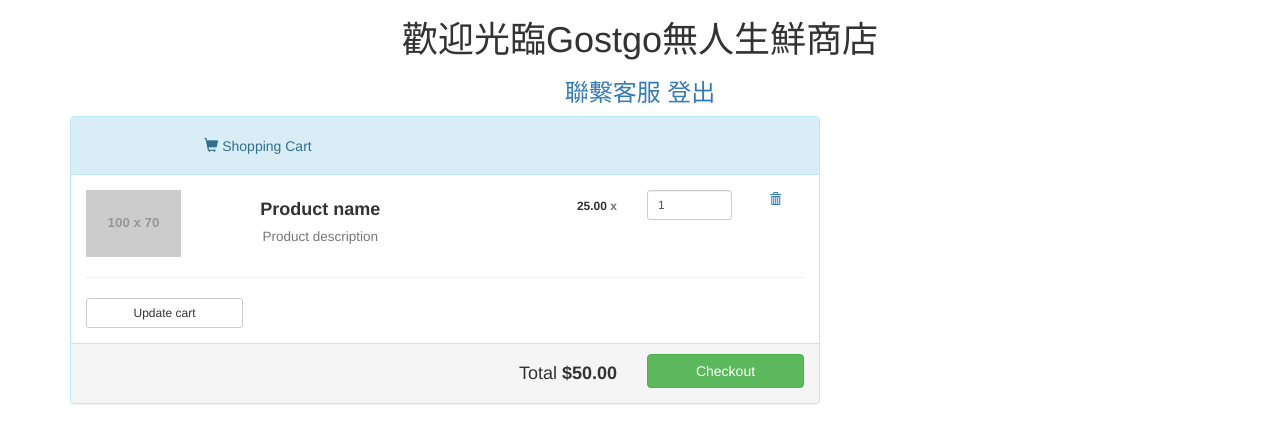
Repository: powerspd/III_AIOT05_team3_project
Page: http://localhost/this_is_demo/shopping.jsp
These files come from the project's save history. The page is drawn as it stood at one moment and after the next save; the edit follows.
The browser window is 1280 px wide. The pictures show the whole page.
Some web libraries are served in a nearby version. The page is served by Tomcat 9. The template is opened directly, without the code that normally fills it, so the values that code supplies are empty.

Above is the page before, as saved 2020-01-25 07:21:24.
Console error (its wording comes from the project's code and is left out).

After the next save:
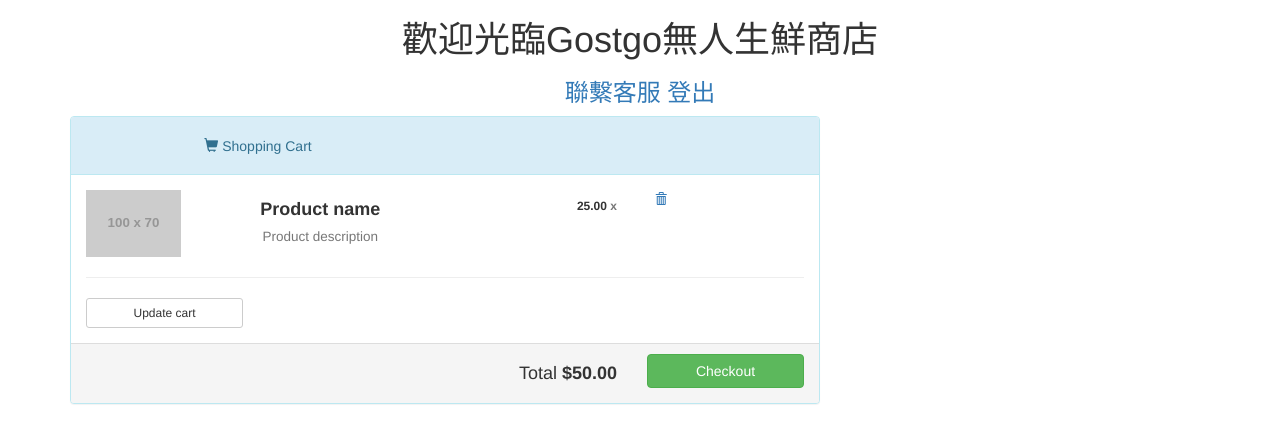
Saved 34 s later.
--- a/JavaWeb_Workspace/this_is_demo/WebContent/shopping.jsp
+++ b/JavaWeb_Workspace/this_is_demo/WebContent/shopping.jsp
@@ -42,9 +42,6 @@
 						<div class="col-xs-6">
 							<div class="col-xs-6 text-right">
 								<h6><strong>25.00 <span class="text-muted">x</span></strong></h6>
-							</div>
-							<div class="col-xs-4">
-								<input type="text" class="form-control input-sm" value="1">
 							</div>
 							<div class="col-xs-2">
 								<button type="button" class="btn btn-link btn-xs">
